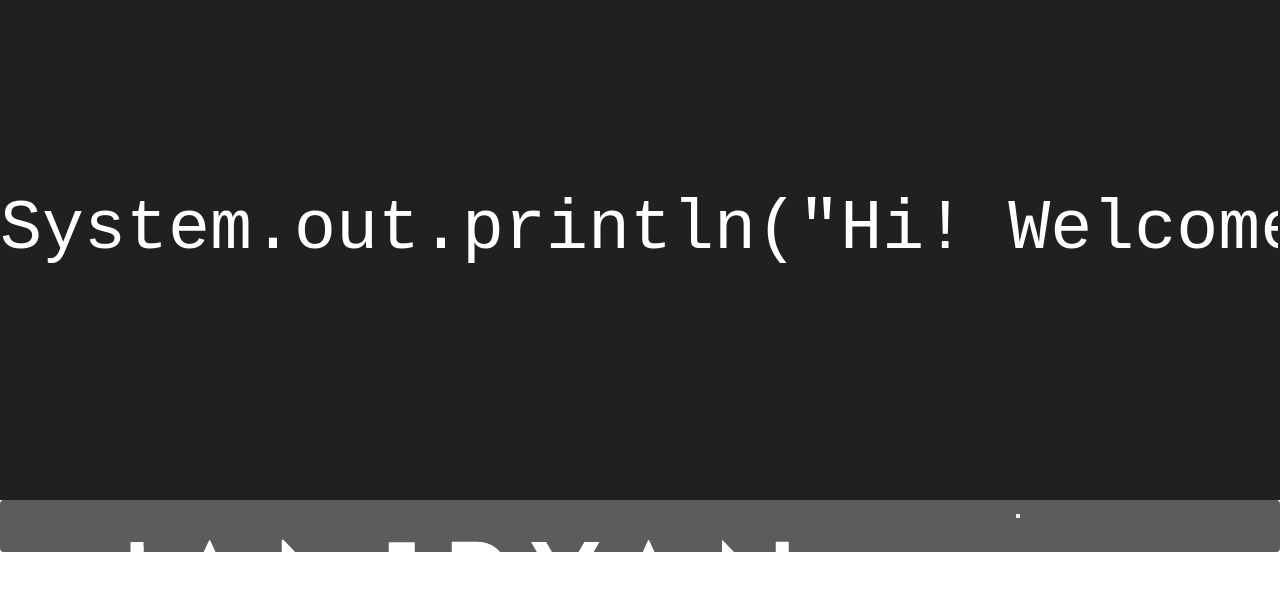
Repository: janry-gracia/Divinagracia_FinalProject
Page: Pages/storyofmylife.html
These files come from the project's save history. The page is drawn as it stood at one moment and after the next save; the edit follows.
The browser window is 1280 px wide. The pictures show the whole page.

Above is the page before, as saved 2021-05-18 01:05:50.
Console error: TypeError: Cannot read properties of null (reading 'addEventListener')

### Pages/storyofmylife.html
<!DOCTYPE html>
<html lang="en">
<head>
    <meta charset="UTF-8">
    <meta http-equiv="X-UA-Compatible" content="IE=edge">
    <meta name="viewport" content="width=device-width, initial-scale=1.0">
    <title>Story of My Life</title>
    <link rel="stylesheet" href="https://maxcdn.bootstrapcdn.com/bootstrap/3.4.1/css/bootstrap.min.css">
    <script src="https://ajax.googleapis.com/ajax/libs/jquery/3.5.1/jquery.min.js"></script>
    <script src="https://maxcdn.bootstrapcdn.com/bootstrap/3.4.1/js/bootstrap.min.js"></script>
    <link rel="stylesheet" href="/css/bootstrap.css">
    <link rel="stylesheet" href="/css/storyofmylife.css">
</head>
<body>

    <div class="container-fluid ">

        <div class="container-fluid message">
            <p class="message typewriter">System.out.println("Hi! Welcome to my LIFE.")</p>
        </div>

        <nav class="navbar navbar-expand-md navbar-light bg-light sticky-top">
            <div class="container-fluid container-nav">
                <a href="#" class="navbar-brand"><img src="/Pictures/logo.png" alt="Picture of My logo"></a>
                <button class="navbar-toggler" type="button" data-toggle="collapse" data-target="#navbarResponsive">
                    <span class="navbar-togller-icon"></span>
                </button>
            </div>
        </nav>




    </div>


    <script src ="/js/jquery-3.6.0.min.js"></script>
    <script src="/js/bootstrap.js"></script>
    <script src="/js/script.js"></script>

</body>
</html>

### css/storyofmylife.css
@import url('https://fonts.googleapis.com/css2?family=Fira+Code:wght@300;400;500&display=swap');

*{
    padding: 0;
    margin: 0;
    box-sizing: border-box;
}

html, body{
    height: 100%;
    width: 100%;
    overflow: hidden;

}

.container-fluid{
    padding: 0;
    margin: 0;
    box-sizing: border-box;
}

div.message{
    height: 500px;
    background-color: rgb(32, 32, 32);
    text-align: center;

}

p.message{
    margin-top: 180px;
    font-family: 'Fire Code', monospace;
    font-size: 5em;
    font-weight: 200;
    color: white;
    border-right: solid 2px rgb(255, 255, 255);
    white-space: nowrap;
    overflow: hidden;
    animation: animated-text 4s steps(45,end) 1s 1 normal both ,
               animated-cursor 1000ms steps(45,end) infinite alternate;
}

.navbar{
    background-color: rgb(92, 92, 92);
}



  /* Animation */
  @keyframes animated-text{
    from{width: 0%;}
    to{width: 100%;}
  }

  /* cursor animations */

  @keyframes animated-cursor{
    from{border-right-color: rgb(255, 255, 255);}
    to{border-right-color: transparent;}
  }

### js/script.js
let btn1= document.querySelector(".box1");
let btn2 = document.querySelector(".box2");
let text = document.querySelector(".greeting");
let frontpage = document.querySelector(".frontpage");
let secondpage = document.querySelector(".secondpage");
let button = document.querySelector(".button");
let logo = document.querySelector(".logo");



btn1.addEventListener("click", function() {
    btn1.classList.add("box1transition");
    btn1.style.transition = "transform 3s";
    btn2.classList.add("box2transition");
    btn2.style.transition = "transform 3s";
    text.style.animationName = "hidecontent";

    setTimeout(function () {
        window.open('Pages/backpage.html', '_self');
    }, 2500);

});


btn2.addEventListener("click", function() {
    btn1.classList.add("box1transition");
    btn1.style.transition = "transform 3s";
    btn2.classList.add("box2transition");
    btn2.style.transition = "transform 3s";
    text.style.animationName = "hidecontent";
    setTimeout(function () {
        window.open('Pages/backpage.html', '_self');
    }, 2500);

});


text.addEventListener("click", function() {
    btn1.classList.add("box1transition");
    btn1.style.transition = "transform 3s";
    btn2.classList.add("box2transition");
    btn2.style.transition = "transform 3s";
    text.style.animationName = "hidecontent";
    setTimeout(function () {
        window.open('Pages/backpage.html', '_self');
    }, 2500);

});

Loaded but not shown: css/bootstrap.css (library); js/jquery-3.6.0.min.js (library); js/bootstrap.js (library)

After the next save:
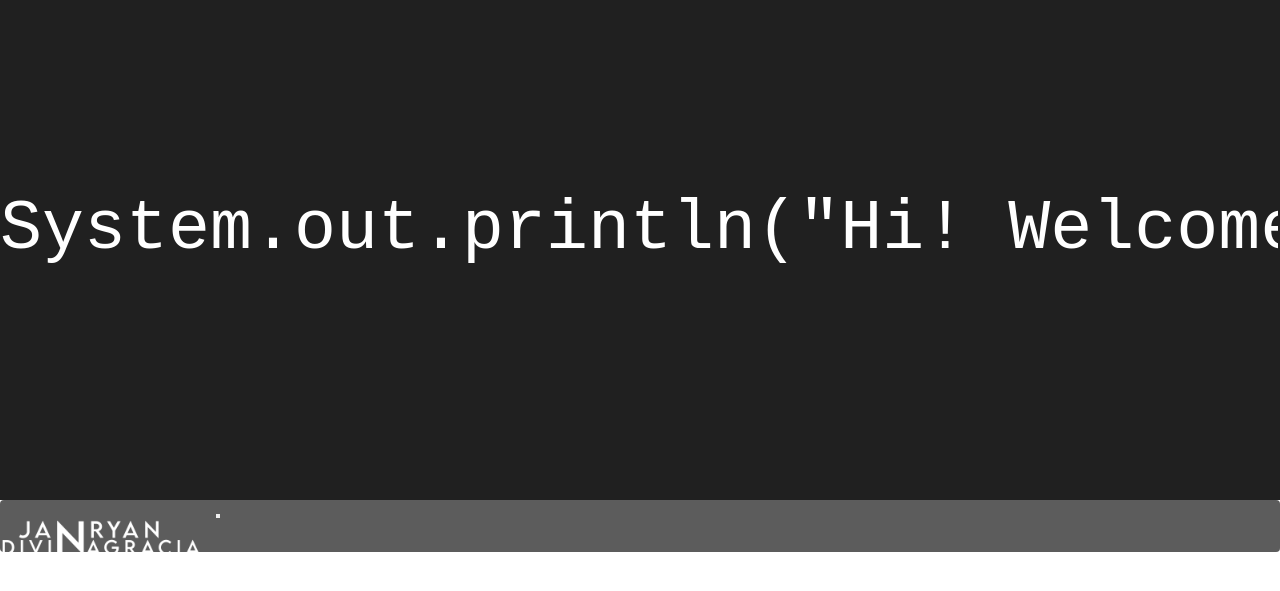
Saved 41 s later.
--- a/Pages/storyofmylife.html
+++ b/Pages/storyofmylife.html
@@ -21,7 +21,7 @@
 
         <nav class="navbar navbar-expand-md navbar-light bg-light sticky-top">
             <div class="container-fluid container-nav">
-                <a href="#" class="navbar-brand"><img src="/Pictures/logo.png" alt="Picture of My logo"></a>
+                <a href="#" class="navbar-brand"><img src="/Pictures/logo.png" alt="Picture of My logo" width="200"></a>
                 <button class="navbar-toggler" type="button" data-toggle="collapse" data-target="#navbarResponsive">
                     <span class="navbar-togller-icon"></span>
                 </button>
